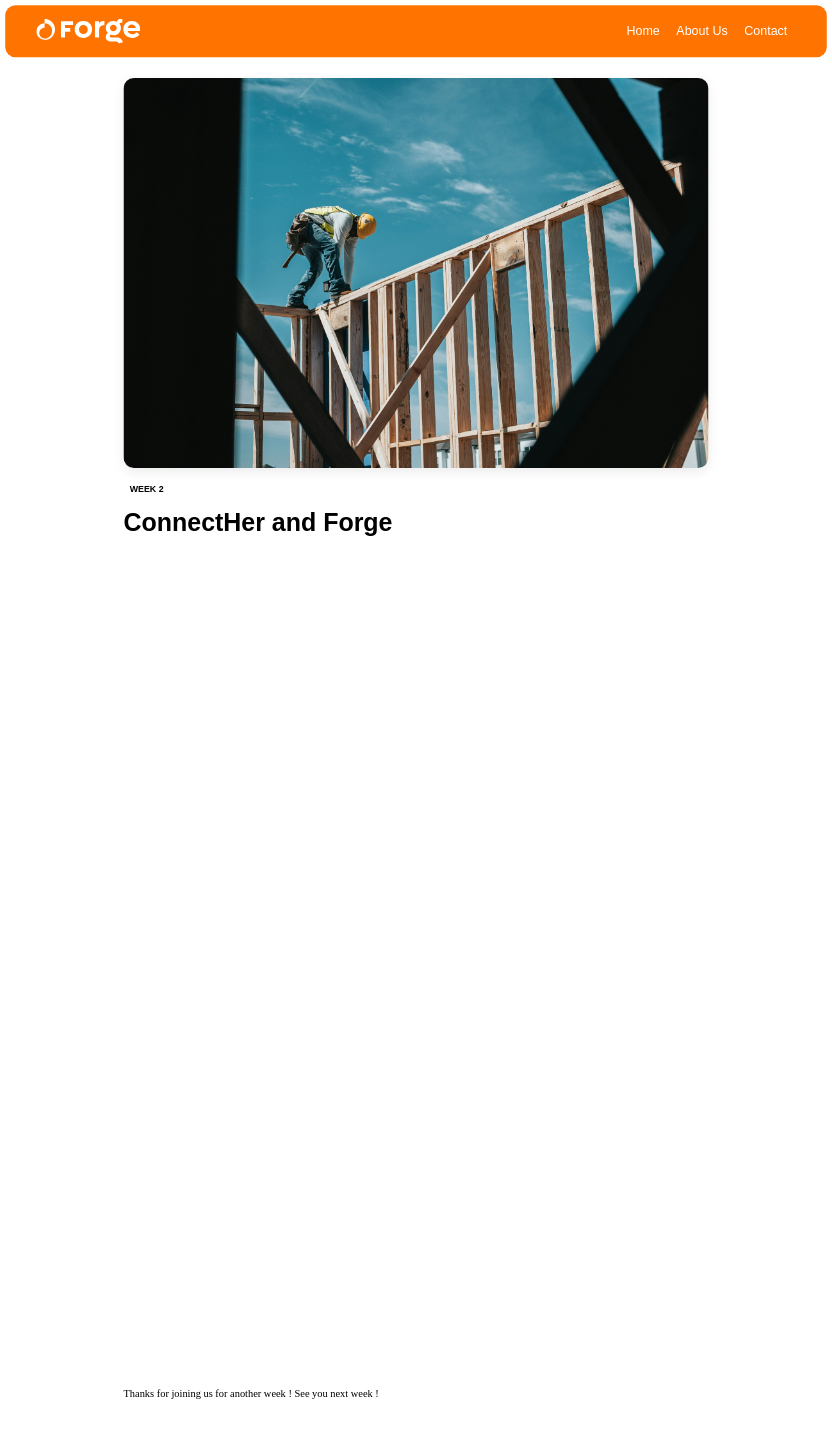
Repository: Forge-IDSP/Blog
Page: /week2
These files come from the project's save history. The page is drawn as it stood at one moment and after the next save; the edit follows.
The browser window is 1280 px wide. The pictures show the whole page, at 65% of full size.
The project was rebuilt for these pictures with package versions that can differ from the ones it lists, and the page was loaded fresh each time. Also part of the build but not shown: vite.config.js, src/index.css, src/ui/card/card.module.css, src/ui/card/card.jsx, src/ui/footer/footer.module.css, src/ui/footer/footer.jsx, src/pages/home.jsx, src/pages/week1.jsx and 7 more.

Above is the page before, as saved 2025-10-27 13:11:45.

### index.html
<!DOCTYPE html>
<html lang="en">
    <head>
        <meta charset="UTF-8" />
        <link
            rel="icon"
            type="image/svg+xml"
            href="/vite.svg" />
        <meta
            name="viewport"
            content="width=device-width, initial-scale=1.0" />
        <title>Forge Blog</title>
    </head>
    <body>
        <div id="root"></div>
        <script
            type="module"
            src="/src/main.jsx"></script>
    </body>
</html>

### src/App.jsx
import { BrowserRouter as Router, Routes, Route } from "react-router-dom";
import Home from "./pages/home.jsx";
import Week1 from "./pages/week1.jsx";
import Week2 from "./pages/week2.jsx";
import Week3 from "./pages/week3.jsx";
import Week4 from "./pages/week4.jsx";
import Week5 from "./pages/week5.jsx";
import AboutUs from "./pages/aboutUs.jsx";
import ContactUs from "./pages/contactUs.jsx";

export default function App() {
    return (
        <Router>
            <Routes>
                <Route
                    path='/'
                    element={<Home />}
                />
                <Route
                    path='/week1'
                    element={<Week1 />}
                />
                <Route
                    path='/week2'
                    element={<Week2 />}
                />
                <Route
                    path='/week3'
                    element={<Week3 />}
                />
                <Route
                    path='/week4'
                    element={<Week4 />}
                />
                <Route
                    path='/week5'
                    element={<Week5 />}
                />
                <Route
                    path='/aboutUs'
                    element={<AboutUs />}
                />
                <Route
                    path='/contactUs'
                    element={<ContactUs />}
                />
            </Routes>
        </Router>
    );
}

### src/pages/week2.jsx
import styles from "./blogpost.module.css";
import "../App.css";
import Header from "../ui/header/header.jsx";

export default function Week2() {
    return (
        <>
            <Header />
            <article className={styles.post}>
                <figure className={styles.hero}>
                    <img
                        src='/blog-image1.jpg'
                        alt='Project Idea Presentation'
                    />
                </figure>

                <header className={styles.post_header}>
                    <span className={styles.week}>Week 2</span>
                    <h1 className={styles.title}>ConnectHer and Forge</h1>
                    <p className={styles.subtitle}>
                        ConnectHer Presentation, First Team meeting
                    </p>
                </header>

                <section className={styles.content}>
                    <h2 className={styles.section_header}>
                        First Team Meeting
                    </h2>
                    <p>
                        The teamwork is all about communication, effort, and
                        commitment. As we set out to have a great collaborative
                        and communicative team we committed to creating a team
                        charter. This team charter highlighted our individual
                        expectation and team expectations, our roles, strengths
                        and weaknesses, and methods of communication.
                    </p>
                    <p>
                        A voting process took place whereby forge was selected
                        as one of the final project ideas to be broken down and
                        developed throughout the Fall 2025 semester.
                    </p>
                    <p>
                        With our primary method of communication being Discord .
                        The teams created a discord server with various
                        organized channels such as research , general
                        communication , links, and development which serve
                        useful on keeping all the team members up to date on
                        what is going on.
                    </p>
                </section>
                <section className={styles.content}>
                    <h2>What is Forge ?</h2>

                    <p>
                        Forge is a mobile app built to empower tradespeople —
                        from recent graduates to experienced workers facing job
                        market challenges — by helping them start and manage
                        their own businesses.
                    </p>
                </section>
                <section className={styles.content}>
                    <h2>ConnectHer Presentation</h2>

                    <p>
                        With our first in class attendance on Wednesday
                        afternoon we had the chance to listen to an amazing
                        speaker from the ConnectHer Hub , Anna Lary which
                        emphasised and explained to us better what the
                        ConnectHer Hub really is , her experience being a woman
                        in trade , opportunities that we as designers and
                        developers may have to support women in trades as well
                        as challenges that come with being a woman in trade.
                    </p>
                    <p>
                        Amazing presentation and we really appreciated the time
                        and effort put into it !{" "}
                    </p>
                </section>

                <section className={styles.content}>
                    <h2>Whats happening next week:</h2>
                    <ul>
                        <li>Competitive analysis</li>
                        <li>Git Organization Created</li>
                    </ul>
                </section>

                <p>
                    Thanks for joining us for another week ! See you next week !{" "}
                </p>
            </article>
        </>
    );
}

### src/ui/header/header.jsx
import style from "./header.module.css";
import { Link } from "react-router-dom";

function Header() {
    return (
        <div className={style.header}>
            <img
                src='/forge-logo.svg'
                alt='Forge Logo'
                className={style.logo}></img>
            <nav className={style.menu}>
                <a
                    className={style.menu_item}
                    href='/'>
                    Home
                </a>
                <Link
                    className={style.menu_item}
                    to='/AboutUs'>
                    About Us
                </Link>

                <Link
                    to='/ContactUs'
                    className={style.menu_item}>
                    Contact
                </Link>
            </nav>
        </div>
    );
}

export default Header;

### src/pages/blogpost.module.css
.post {
    --maxw: 900px;
    margin: 0 auto;
    padding: 1.5rem 3rem;
    max-width: var(--maxw);
    display: grid;
    gap: 1.25rem;
    text-align: left;
}

.hero {
    margin: 0;
    border-radius: 16px;
    overflow: hidden;
    line-height: 0;
    box-shadow: 0 6px 18px rgba(0, 0, 0, 0.08);
}

.hero img {
    width: 100%;
    height: auto;
    display: block;
}

.value_prop_image {
    width: 800;
    height: 450;
}

.header {
    display: grid;
    gap: 0.5rem;
    font-family: var(--font-family);
}

.week {
    display: inline-block;
    font-size: 0.85rem;
    font-weight: bold;
    text-transform: uppercase;
    background: var(--color-primary-light);
    color: var(--black);
    padding: 0.35rem 0.6rem;
    border-radius: 999px;
    width: fit-content;
    margin-bottom: 1rem;
    font-family: var(--font-family);
}

.title {
    font-size: clamp(1.75rem, 3vw, 2.5rem);
    line-height: 1.15;
    margin: 0;
    text-align: left;
    font-family: var(--font-family);
}

.subtitle {
    font-size: clamp(1rem, 2vw, 1.2rem);
    color: var(--white);
    margin: 0;
    text-align: left;
    font-family: var(--font-family);
}

.content {
    font-size: 1.05rem;
    line-height: 1.7;
    color: var(--white);
    display: grid;
    gap: 1rem;
    text-align: left;
}

.content a {
    text-decoration: underline;
}

@media (min-width: 1000px) {
    .post {
        padding: 2rem 1rem 3rem;
    }
}

h3 {
    margin-bottom: -20px;
}

### src/App.css
#root {
    /* ----- COLORS ----- */
    --primary-50: #fff1e6;
    --primary-100: #ffd4b0;
    --primary-200: #ffbf8a;
    --primary-300: #ffa155;
    --primary-400: #ff8f34;
    --primary-500: #ff7301;
    --primary-600: #e86901;
    --primary-700: #b55201;
    --primary-800: #8c3f01;
    --primary-900: #6b3000;

    --secondary-50: #eefae6;
    --secondary-100: #cbefb1;
    --secondary-200: #b2e88b;
    --secondary-300: #8fdd55;
    --secondary-400: #79d635;
    --secondary-500: #58cc02;
    --secondary-600: #50ba02;
    --secondary-700: #3e9101;
    --secondary-800: #86967a;
    --secondary-900: #255601;

    /* -- neutral colors -- */

    --offwhite-500: #f9f9f9;
    --white: #ffffff;
    --black-50: #eaeaea;
    --black-100: #bebebd;
    --black-200: #9e9e9d;
    --black-300: #727271;
    --black-400: #575655;
    --black-500: #2d2c2b;

    /* ----- FONT -----  */
    --font-family: "Nunito Sans", sans-serif;
}

.root {
    background-color: var(--white);
}
.page {
    margin: 0 auto;
    padding: 1rem;
    text-align: center;
    height: 100%;
    margin: 0;
    padding: 0;
    background-color: var(--white);
    display: flex;
    flex-direction: column;
    font-family: var(--font-family);
}

.title {
    font-size: 5rem;
    color: var(--black-500);
    line-height: 5rem;
    margin-bottom: 1rem;
}

.subtitle {
    font-size: 2rem;
    color: var(--black-500);
}

.post_container {
    display: grid;
    grid-template-columns: repeat(3, 1fr);
    gap: 2rem;
    background-color: var(--white);
    padding: 3rem;
    border-radius: 16px;
    align-items: center;
    justify-content: center;
    justify-items: center;
    margin-bottom: 2rem;
    margin-top: 2rem;
}

/* Tablet: 2 columns */
@media (max-width: 1300px) {
    .post_container {
        grid-template-columns: repeat(2, 1fr);
        padding: 1.5rem;
        gap: 1.5rem;
    }
}

/* Mobile: 1 column */
@media (max-width: 600px) {
    .post_container {
        grid-template-columns: 1fr;
        padding: 1rem;
        gap: 1rem;
    }
}

### src/ui/header/header.module.css
.header {
    background-color: var(--primary-500);
    display: flex;
    justify-content: space-between;
    align-items: center;
    padding: 1rem 3rem;
    border-radius: 16px;
}

.logo {
    width: 10rem;
}

.menu {
    display: flex;
    gap: rem;
}

.menu_item {
    font-size: 1.2rem;
    text-decoration: none;
    color: var(--white);
    font-family: var(--font-family);
    padding: 0.8rem;
}

.menu_item:hover {
    font-weight: bold;
    padding: 0.8rem;
    border-radius: 8px;
}

Loaded but not shown: src/main.jsx (common file)

After the next save:
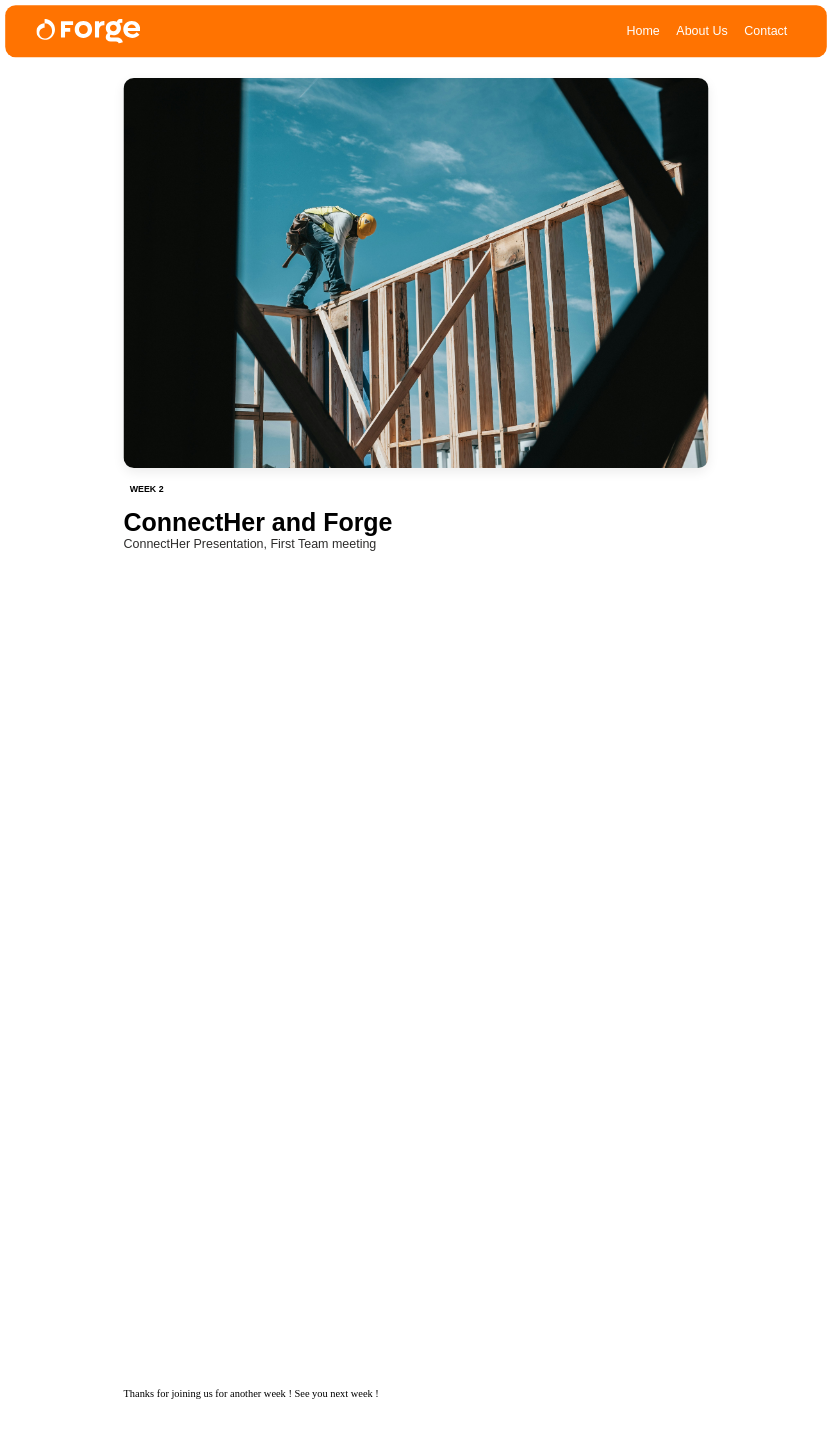
Saved 7 s later.
--- a/src/pages/blogpost.module.css
+++ b/src/pages/blogpost.module.css
@@ -57,7 +57,7 @@
 
 .subtitle {
     font-size: clamp(1rem, 2vw, 1.2rem);
-    color: var(--white);
+    color: var(--black-500);
     margin: 0;
     text-align: left;
     font-family: var(--font-family);
@@ -70,6 +70,7 @@
     display: grid;
     gap: 1rem;
     text-align: left;
+    font-family: var(--font-family);
 }
 
 .content a {
